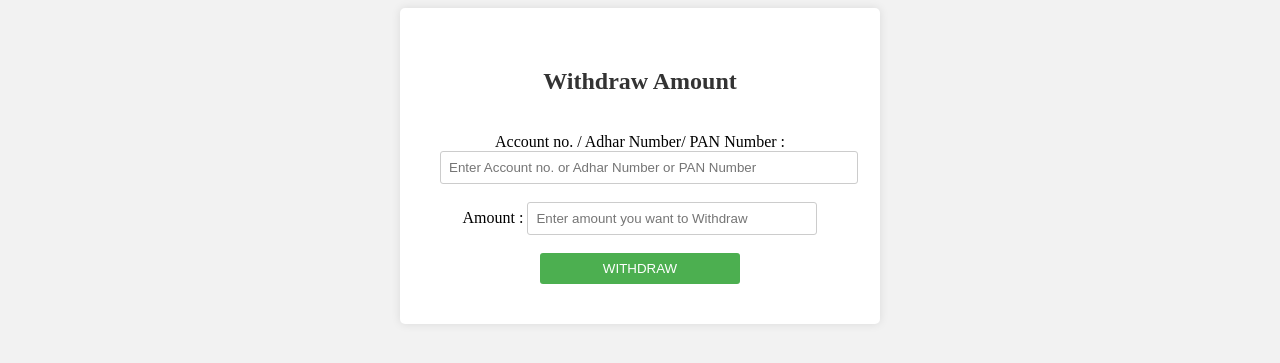
Repository: mansistic-0n3/Java_IGT
Page: Java Project/BankJSP/src/main/webapp/Withdraw.html
These files come from the project's save history. The page is drawn as it stood at one moment and after the next save; the edit follows.
The browser window is 1280 px wide. The pictures show the whole page.

Above is the page before, as saved 2023-06-28 21:52:15.

After the next save:
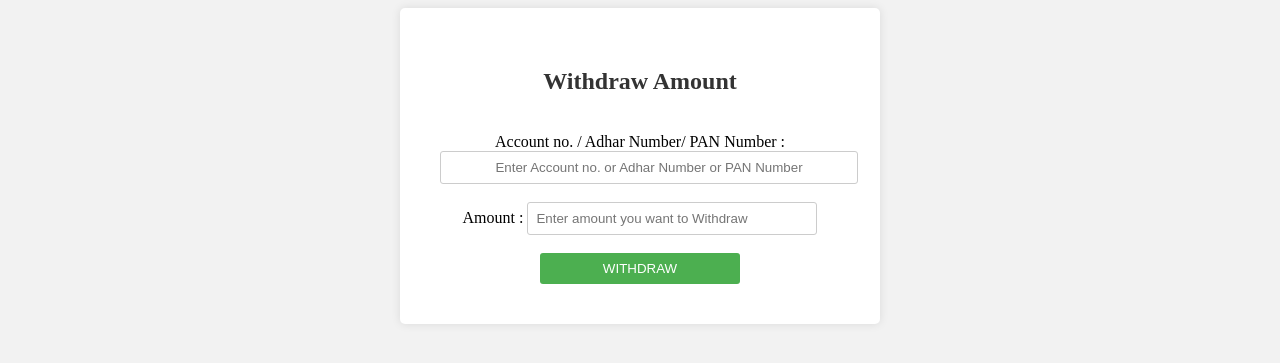
Saved 101 s later.
--- a/Java Project/BankJSP/src/main/webapp/Withdraw.html
+++ b/Java Project/BankJSP/src/main/webapp/Withdraw.html
@@ -8,7 +8,7 @@
     <h2 style="text-align: center; color: #333333;">Withdraw Amount</h2>
     <form action="dep">
       <br>
-        Account no. / Adhar Number/ PAN Number : <input type="text" name="name" placeholder="Enter Account no. or Adhar Number or PAN Number" style="width: 100%; padding: 8px; border-radius: 3px; border: 1px solid #cccccc;">
+        Account no. / Adhar Number/ PAN Number : <input type="text" name="name" placeholder="Enter Account no. or Adhar Number or PAN Number" style="width: 100%;  text-align:center; padding: 8px; border-radius: 3px; border: 1px solid #cccccc;">
       <br><br>
         Amount :   <input type="password" name="pass" placeholder="Enter amount you want to Withdraw" style="width: 68%; padding: 8px; border-radius: 3px; border: 1px solid #cccccc;">
       <br><br>
